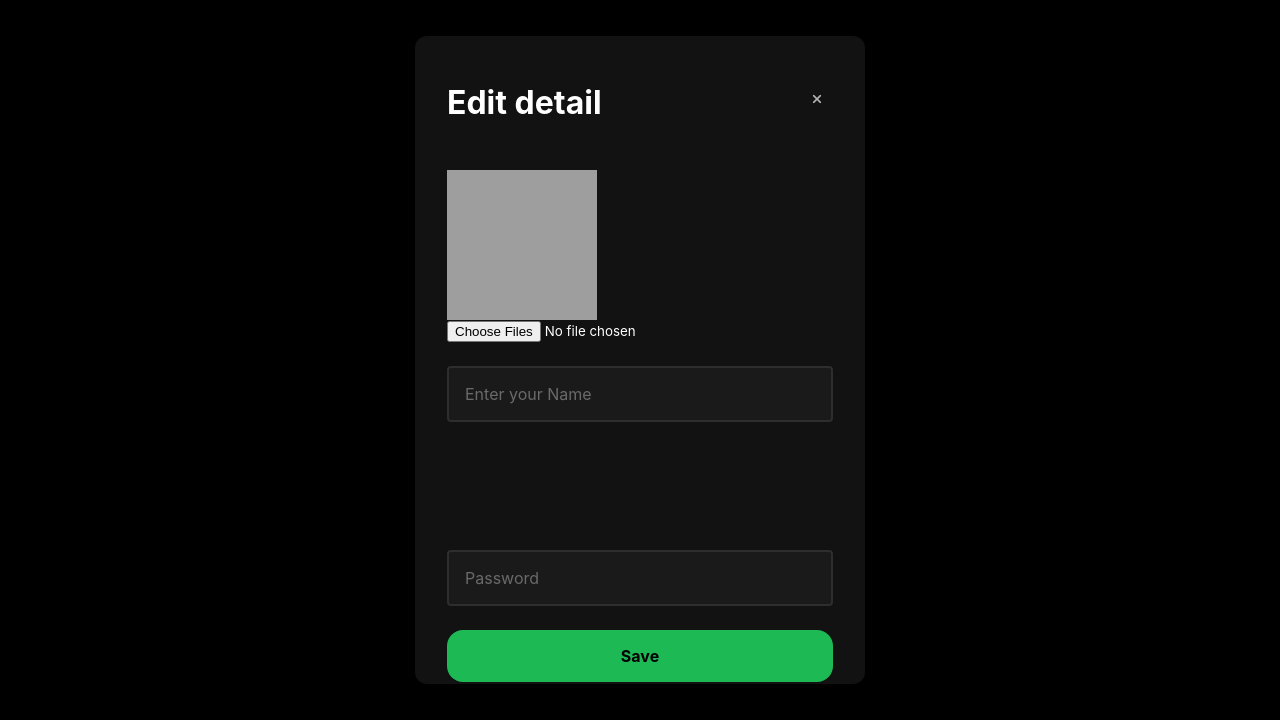
Repository: lannguyen1301/f8-zoom-module2
Page: nhap.html
An editor plug-in stored every save of this project. The page is shown before and after the next save, followed by the edit.
The browser window is 1280 px wide. The pictures show the whole page.
Pictures or frames that could not be fetched are drawn as grey boxes. An inner scrolling area shows only its first screen.

Above is the page before, as saved 2025-08-15 23:01:20.

### nhap.html
<!DOCTYPE html>
<html lang="en">

<head>
    <meta charset="UTF-8" />
    <meta name="viewport" content="width=device-width, initial-scale=1.0" />
    <title>Đen - Spotify</title>
    <!-- Font Awesome CDN -->
    <link rel="stylesheet" href="https://cdnjs.cloudflare.com/ajax/libs/font-awesome/6.5.1/css/all.min.css" />
    <link rel="stylesheet" href="css/reset.css" />
    <link rel="stylesheet" href="css/variables.css" />
    <link rel="stylesheet" href="css/components.css" />
    <link rel="stylesheet" href="css/layout.css" />
    <link rel="stylesheet" href="css/tooltips.css" />
    <link rel="stylesheet" href="css/responsive.css" />
    <style>
        .header-edit {
            display: flex;
            align-items: center;
            justify-content: space-between;
            margin-bottom: 48px;
            position: relative;
        }

        .modal-heading.header-edit-title {
            margin-bottom: 0;
        }

        .modal-close.modal-close-edit {
            position: absolute;
            top: 0;
            right: 0;


        }

        .profile-group {
            display: block;
            width: 150px;
            height: 150px;
            border-radius: 50%;
        }

        .profile-group .profile-img {
            display: block;
            width: 100%;
            height: 100%;
            object-fit: cover;
        }

        .form-input {
            width: 100%;
            padding: var(--spacing-md);
            border: 2px solid var(--border-color);
            border-radius: var(--radius-sm);
            background-color: var(--bg-tertiary);
            color: var(--text-primary);
            font-size: 16px;
            transition: all var 0.15s ease (--transition-fast);
        }

        .form-group .editor {
            width: 360px;
            height: auto;
            min-height: 80px;
        }
    </style>
</head>

<body>
    <div class="modal-overlay show" id="authModal">
        <div class="modal-container">


            <div class="modal-content">
                <!-- <div class="modal-logo">
                    <i class="fab fa-spotify"></i>
                </div> -->

                <!-- Sign Up Form -->
                <div class="auth-form" id="signupForm" style="display: block;">
                    <div class="header-edit">
                        <h1 class="modal-heading header-edit-title">
                            Edit detail
                        </h1>
                        <button class="modal-close modal-close-edit" id="modalClose">
                            <i class="fas fa-times"></i>
                        </button>
                    </div>
                    <form class="auth-form-content">
                        <!-- Avatar -->
                        <div class="form-group">
                            <label for="profile" class="profile-group">
                                <img src="./assets/img/avatar-icon.png" alt="" class="profile-img">
                            </label>
                            <input type="file" name="profile" id="profile" class="input-profile" multiple required
                                accept="image/*" autofocus readonly>
                        </div>

                        <!-- textarea -->
                        <div class="form-group">
                            <!-- <label for="name">Display Name</label> -->
                            <input type="text" name="name" id="name" class="form-input" maxlength="20" minlength="5"
                                pattern="[" size="30" placeholder="Enter your Name" autocomplete="on" spellcheck="false"
                                autofocus="">
                        </div>

                        <!--  -->
                        <div class="form-group">
                            <label for="editor" onclick="editor.focus()" hidden>Nội dung</label>
                            <div id="editor" class="editor" contenteditable="" placeholder="Nhập nội dung..."
                                name="content" oninput="content.innerHTML = this.innerHTML"></div>
                            <textarea id="content" name="content" hidden=""></textarea>
                        </div>

                        <!-- <div class="form-group invalid">
                            <input type="email" placeholder="Email address" class="form-input" id="signupEmail">
                            <div class="error-message">
                                <i class="fas fa-info-circle"></i>
                                <span>Please enter a valid email
                                    address</span>
                            </div>
                        </div> -->

                        <div class="form-group">
                            <input type="password" placeholder="Password" class="form-input" id="signupPassword">
                            <div class="error-message">
                                <i class="fas fa-info-circle"></i>
                                <span>Password must be at least 8
                                    characters</span>
                            </div>
                        </div>

                        <button type="submit" class="auth-submit-btn">
                            Save
                        </button>
                    </form>

                    <div class="auth-switch">
                        <span>Already have an account? </span>
                        <button class="auth-link" id="showLogin">
                            Log in here
                        </button>
                    </div>
                </div>

                <!-- Login Form -->
                <div class="auth-form" id="loginForm" style="display: none">
                    <h1 class="modal-heading">Log in to Spotify</h1>

                    <form class="auth-form-content">
                        <div class="form-group">
                            <input type="email" placeholder="Email address" class="form-input" id="loginEmail">
                            <div class="error-message">
                                <i class="fas fa-info-circle"></i>
                                <span>Please enter a valid email
                                    address</span>
                            </div>
                        </div>

                        <div class="form-group">
                            <input type="password" placeholder="Password" class="form-input" id="loginPassword">
                            <div class="error-message">
                                <i class="fas fa-info-circle"></i>
                                <span>Please enter your password</span>
                            </div>
                        </div>

                        <button type="submit" class="auth-submit-btn">
                            Log In
                        </button>
                    </form>

                    <div class="auth-switch">
                        <span>Don't have an account? </span>
                        <button class="auth-link" id="showSignup">
                            Sign up here
                        </button>
                    </div>
                </div>
            </div>
        </div>
    </div>
    <!-- <script src="main.js" type="module"></script> -->
    <!-- <script src="main.js" type="module"></script> -->
</body>

</html>

### css/reset.css
/* Reset CSS */
* {
    margin: 0;
    padding: 0;
    box-sizing: border-box;
}

html,
body {
    height: 100%;
    font-family: "Circular", -apple-system, BlinkMacSystemFont, "Segoe UI",
        Roboto, Oxygen, Ubuntu, Cantarell, sans-serif;
    background-color: var(--bg-primary);
    color: var(--text-primary);
    overflow: hidden;
}

button {
    border: none;
    background: none;
    cursor: pointer;
    font-family: inherit;
}

input {
    border: none;
    outline: none;
    font-family: inherit;
}

img {
    display: block;
    max-width: 100%;
    height: auto;
}

a {
    text-decoration: none;
    color: inherit;
}

ul,
ol {
    list-style: none;
}

/* Font Awesome icon base styles */
i {
    display: inline-block;
    font-style: normal;
}

### css/variables.css
/* CSS Variables */
:root {
    /* Colors */
    --bg-primary: #000000;
    --bg-secondary: #121212;
    --bg-tertiary: #1a1a1a;
    --bg-hover: #1f1f1f;
    --bg-active: #2a2a2a;

    --text-primary: #ffffff;
    --text-secondary: #b3b3b3;
    --text-muted: #6a6a6a;

    --accent-primary: #1db954;
    --accent-hover: #1ed760;
    --accent-active: #169c46;

    --border-color: #2e2e2e;
    --shadow: rgba(0, 0, 0, 0.5);

    /* Spacing */
    --spacing-xs: 4px;
    --spacing-sm: 8px;
    --spacing-md: 16px;
    --spacing-lg: 24px;
    --spacing-xl: 32px;
    --spacing-2xl: 48px;

    /* Border radius */
    --radius-sm: 4px;
    --radius-md: 8px;
    --radius-lg: 12px;
    --radius-xl: 16px;
    --radius-full: 50%;

    /* Transitions */
    --transition-fast: 0.15s ease;
    --transition-normal: 0.3s ease;
    --transition-slow: 0.5s ease;

    /* Z-index */
    --z-sidebar: 10;
    --z-header: 20;
    --z-player: 30;
    --z-modal: 40;
    --z-tooltip: 50;
}

### css/layout.css
/* Layout Styles */

.app-container {
    display: grid;
    grid-template-areas:
        "sidebar main"
        "player player";
    grid-template-columns: 280px 1fr;
    grid-template-rows: 1fr 72px;
    height: 100vh;
    gap: var(--spacing-sm);
    padding: var(--spacing-sm);
    background-color: var(--bg-primary);
}

/* Sidebar */
.sidebar {
    grid-area: sidebar;
    background-color: var(--bg-secondary);
    border-radius: var(--radius-md);
    padding: var(--spacing-lg);
    overflow-y: auto;
    z-index: var(--z-sidebar);
}

.sidebar-header {
    margin-bottom: var(--spacing-xl);
}

.logo i {
    font-size: 32px;
    color: var(--text-primary);
}

.sidebar-nav {
    display: flex;
    flex-direction: column;
    gap: var(--spacing-md);
}

.nav-section {
    display: flex;
    align-items: center;
    justify-content: space-between;
    margin-bottom: var(--spacing-md);
}

.nav-section .section-title {
    font-size: 16px;
    font-weight: 700;
    color: var(--text-secondary);
}

.nav-tabs {
    display: flex;
    gap: var(--spacing-sm);
    margin-bottom: var(--spacing-md);
}

.library-content {
    display: flex;
    flex-direction: column;
    gap: var(--spacing-xs);
}

/* Main Content */
.main-content {
    grid-area: main;
    background: linear-gradient(
        to bottom,
        #535353 0%,
        var(--bg-secondary) 250px
    );
    border-radius: var(--radius-md);
    display: flex;
    flex-direction: column;
    overflow: hidden;
}

.main-header {
    display: flex;
    align-items: center;
    justify-content: space-between;
    padding: var(--spacing-md) var(--spacing-lg);
    background-color: transparent;
    z-index: var(--z-header);
}

.search-container {
    flex: 1;
    display: flex;
    justify-content: flex-start;
    max-width: 420px;
}

.header-actions {
    display: flex;
    align-items: center;
    gap: var(--spacing-lg);
}

.auth-buttons {
    display: none;
    align-items: center;
    gap: var(--spacing-md);
}

.auth-buttons.show {
    display: flex;
}

.user-info {
    display: flex;
    align-items: center;
    /* justify-content: center; */
    gap: 8px;
}

.user-info.show {
    display: flex;
}

.content-wrapper {
    flex: 1;
    padding: 0 var(--spacing-lg) var(--spacing-lg);
    overflow-y: auto;
}

/* Player */
.player {
    grid-area: player;
    background-color: var(--bg-secondary);
    border-radius: var(--radius-md);
    padding: var(--spacing-md) var(--spacing-lg);
    display: flex;
    align-items: center;
    justify-content: space-between;
    z-index: var(--z-player);
    border-top: 1px solid var(--border-color);
}

.player-left {
    display: flex;
    align-items: center;
    gap: var(--spacing-md);
    min-width: 0;
    flex: 1;
    max-width: 300px;
}

.player-image {
    width: 56px;
    height: 56px;
    border-radius: var(--radius-sm);
    object-fit: cover;
}

.player-info {
    min-width: 0;
    flex: 1;
}

.player-title {
    font-size: 14px;
    font-weight: 400;
    color: var(--text-primary);
    white-space: nowrap;
    overflow: hidden;
    text-overflow: ellipsis;
    margin-bottom: 2px;
}

.player-artist {
    font-size: 11px;
    color: var(--text-secondary);
    white-space: nowrap;
    overflow: hidden;
    text-overflow: ellipsis;
}

.player-center {
    display: flex;
    flex-direction: column;
    align-items: center;
    gap: var(--spacing-sm);
    flex: 2;
    max-width: 722px;
}

.player-controls {
    display: flex;
    align-items: center;
    gap: var(--spacing-md);
}

.progress-container {
    display: flex;
    align-items: center;
    gap: var(--spacing-md);
    width: 100%;
}

.progress-bar {
    flex: 1;
}

.time {
    font-size: 11px;
    color: var(--text-secondary);
    min-width: 40px;
    text-align: center;
    font-weight: 400;
}

.player-right {
    display: flex;
    align-items: center;
    gap: var(--spacing-md);
    flex: 1;
    justify-content: flex-end;
    max-width: 300px;
}

.volume-container {
    display: flex;
    align-items: center;
    gap: var(--spacing-sm);
}

.volume-bar {
    width: 93px;
}

/* Scrollbar styling */
::-webkit-scrollbar {
    width: 12px;
}

::-webkit-scrollbar-track {
    background: transparent;
}

::-webkit-scrollbar-thumb {
    background: var(--bg-tertiary);
    border-radius: 6px;
    border: 2px solid transparent;
    background-clip: content-box;
}

::-webkit-scrollbar-thumb:hover {
    background: var(--bg-hover);
    background-clip: content-box;
}

### css/tooltips.css
.control-btn .tooltiptext {
    visibility: hidden;
    width: 120px;
    background-color: #555;
    color: #fff;
    text-align: center;
    border-radius: 6px;
    padding: 5px 0;
    position: absolute;
    z-index: 1;
    bottom: 125%;
    left: 50%;
    margin-left: -60px;
    opacity: 0;
    transition: opacity 0.3s;
}

.control-btn .tooltiptext::after {
    content: "";
    position: absolute;
    top: 100%;
    left: 50%;
    margin-left: -5px;
    border-width: 5px;
    border-style: solid;
    border-color: #555 transparent transparent transparent;
}

.control-btn:hover .tooltiptext {
    visibility: visible;
    opacity: 1;
}

### css/responsive.css
/* Responsive Styles */

/* Large Desktop */
@media (min-width: 1200px) {
    .artist-name {
        font-size: 96px;
    }

    .track-item {
        grid-template-columns: 16px 40px 4fr 1fr auto auto auto;
    }
}

/* Desktop */
@media (max-width: 1199px) and (min-width: 1024px) {
    .artist-name {
        font-size: 72px;
    }

    .track-item {
        grid-template-columns: 16px 40px 3fr 1fr auto auto auto;
    }
}

/* Tablet */
@media (max-width: 1023px) and (min-width: 768px) {
    .app-container {
        grid-template-columns: 240px 1fr;
    }

    .sidebar {
        padding: var(--spacing-md);
    }

    .artist-name {
        font-size: 48px;
    }

    .artist-hero {
        height: 280px;
    }

    .hero-content {
        bottom: var(--spacing-md);
        left: var(--spacing-md);
    }

    .track-item {
        grid-template-columns: 16px 40px 2fr auto auto auto;
        gap: var(--spacing-sm);
    }

    .track-plays {
        display: none;
    }

    .player-center {
        flex: 1.5;
    }

    .search-container {
        max-width: 300px;
    }
}

/* Mobile */
@media (max-width: 767px) {
    .app-container {
        grid-template-areas:
            "main"
            "player";
        grid-template-columns: 1fr;
        grid-template-rows: 1fr 72px;
        gap: 0;
        padding: 0;
    }

    .sidebar {
        display: none;
    }

    .main-content {
        border-radius: 0;
    }

    .main-header {
        padding: var(--spacing-md);
        flex-wrap: wrap;
        gap: var(--spacing-md);
    }

    .header-left {
        order: 1;
        flex: 0 0 auto;
    }

    .search-container {
        order: 3;
        flex: 1 1 100%;
        max-width: none;
    }

    .search-box {
        width: 100%;
    }

    .search-input {
        min-width: auto;
    }

    .artist-hero {
        height: 200px;
        margin: 0 -16px var(--spacing-md) -16px;
    }

    .hero-content {
        bottom: var(--spacing-sm);
        left: var(--spacing-sm);
    }

    .artist-name {
        font-size: 32px;
    }

    .monthly-listeners {
        font-size: 14px;
    }

    .content-wrapper {
        padding: 0 var(--spacing-md) var(--spacing-md);
    }

    .artist-controls {
        gap: var(--spacing-md);
        margin-bottom: var(--spacing-lg);
    }

    .play-btn-large {
        width: 48px;
        height: 48px;
    }

    .play-btn-large i {
        font-size: 20px;
    }

    .player-left {
        display: none;
    }

    .track-item {
        grid-template-columns: 16px 40px 1fr auto auto;
        gap: var(--spacing-sm);
        padding: var(--spacing-sm);
    }

    .track-plays {
        display: none;
    }

    .track-menu-btn {
        display: none;
    }

    .section-title {
        font-size: 20px;
    }

    .player {
        border-radius: 0;
        padding: var(--spacing-md);
        border-top: 1px solid var(--border-color);
    }

    .player-left {
        flex: 0 0 auto;
        min-width: 120px;
        max-width: 150px;
    }

    .player-image {
        width: 48px;
        height: 48px;
    }

    .player-info {
        max-width: 100px;
    }

    .player-title {
        font-size: 12px;
    }

    .player-artist {
        font-size: 10px;
    }

    .player-center {
        flex: 1;
        max-width: none;
    }

    .player-controls {
        gap: var(--spacing-sm);
    }

    .control-btn {
        width: 28px;
        height: 28px;
    }

    .control-btn i {
        font-size: 14px;
    }

    .play-btn {
        width: 32px;
        height: 32px;
    }

    .play-btn i {
        font-size: 14px;
    }

    .player-right {
        flex: 0 0 auto;
        gap: var(--spacing-sm);
        max-width: 120px;
    }

    .volume-container {
        display: none;
    }

    .progress-container {
        gap: var(--spacing-sm);
    }

    .time {
        font-size: 10px;
        min-width: 32px;
    }

    .pip-btn {
        display: none;
    }
}

/* Small Mobile */
@media (max-width: 480px) {
    .artist-name {
        font-size: 28px;
    }

    .verified-badge {
        font-size: 12px;
    }

    .verified-badge i {
        font-size: 14px;
    }

    .track-item {
        grid-template-columns: 16px 32px 1fr auto;
        gap: var(--spacing-xs);
    }

    .track-image img {
        width: 32px;
        height: 32px;
    }

    .track-name {
        font-size: 14px;
    }

    .track-duration {
        font-size: 12px;
    }

    .like-btn {
        display: none;
    }

    .player-left {
        min-width: 100px;
        max-width: 120px;
    }

    .player-info {
        max-width: 80px;
    }

    .player-right .control-btn:not(:nth-child(2)) {
        display: none;
    }

    .following-btn {
        font-size: 12px;
        padding: var(--spacing-xs) var(--spacing-sm);
    }
}

/* Hover states for touch devices */
@media (hover: none) {
    .like-btn,
    .track-menu-btn {
        opacity: 1;
    }

    .progress-handle,
    .volume-handle {
        opacity: 1;
    }
}

/* High DPI displays */
@media (-webkit-min-device-pixel-ratio: 2), (min-resolution: 192dpi) {
    .hero-image {
        image-rendering: -webkit-optimize-contrast;
        image-rendering: crisp-edges;
    }
}

/* Reduced motion */
@media (prefers-reduced-motion: reduce) {
    * {
        animation-duration: 0.01ms !important;
        animation-iteration-count: 1 !important;
        transition-duration: 0.01ms !important;
    }
}

/* Print styles */
@media print {
    .app-container {
        display: block;
    }

    .sidebar,
    .player {
        display: none;
    }

    .main-content {
        border-radius: 0;
        background: white;
        color: black;
    }

    .hero-overlay {
        display: none;
    }
}

Loaded but not shown: css/components.css (1104 lines, source omitted)

After the next save:
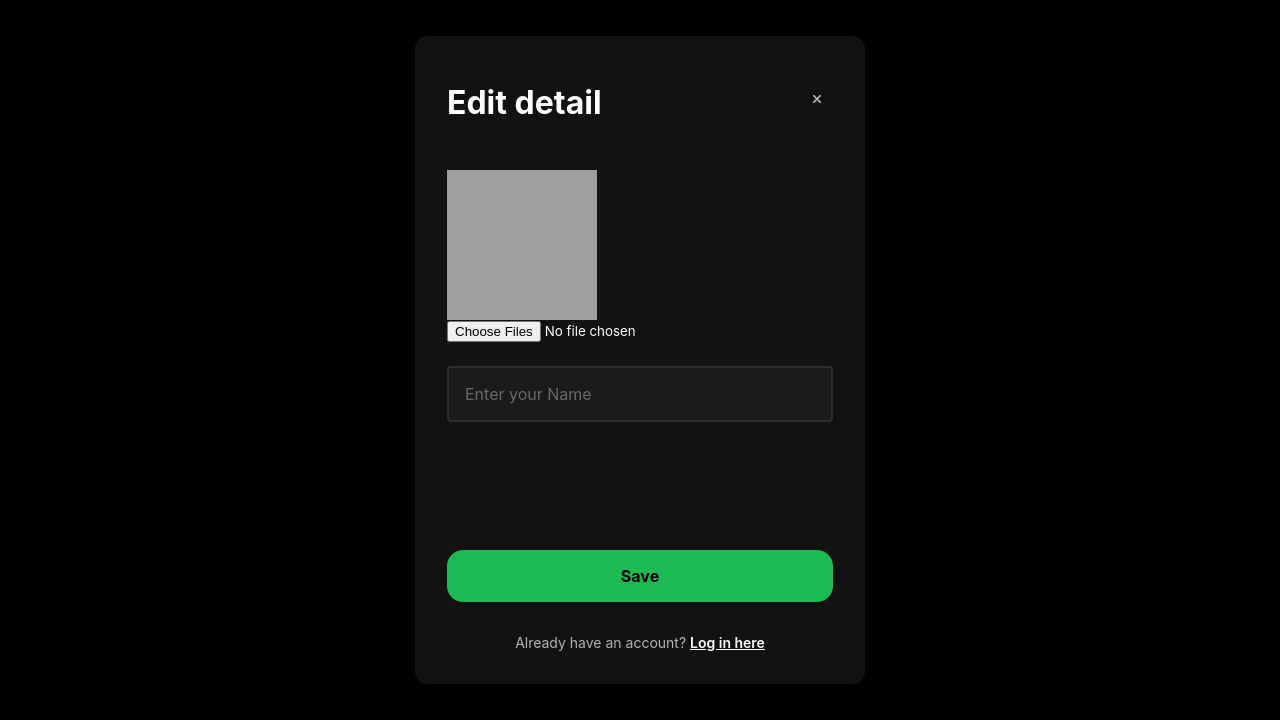
Saved 11 s later.
--- a/nhap.html
+++ b/nhap.html
@@ -122,14 +122,14 @@
                             </div>
                         </div> -->
 
-                        <div class="form-group">
+                        <!-- <div class="form-group">
                             <input type="password" placeholder="Password" class="form-input" id="signupPassword">
                             <div class="error-message">
                                 <i class="fas fa-info-circle"></i>
                                 <span>Password must be at least 8
                                     characters</span>
                             </div>
-                        </div>
+                        </div> -->
 
                         <button type="submit" class="auth-submit-btn">
                             Save
